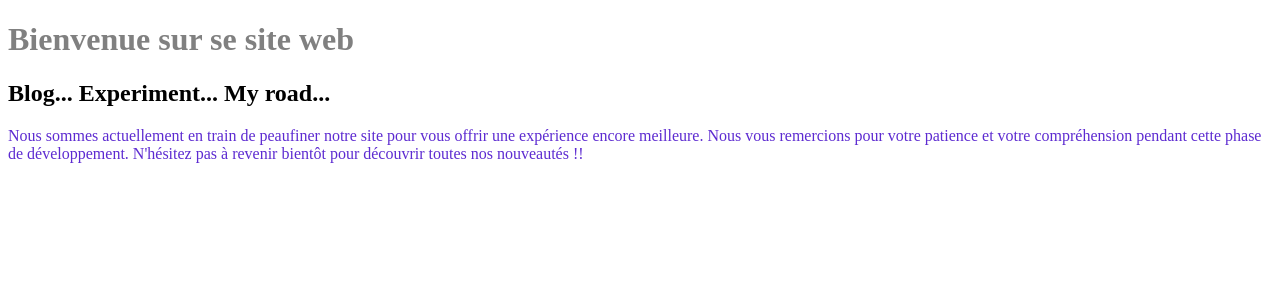
Repository: ValetteEvan/PersonalWebApp
Page: index.html
An editor plug-in stored every save of this project. The page is shown before and after the next save, followed by the edit.
The browser window is 1280 px wide. The pictures show the whole page.

Above is the page before, as saved 2025-01-07 17:38:58.

After the next save:
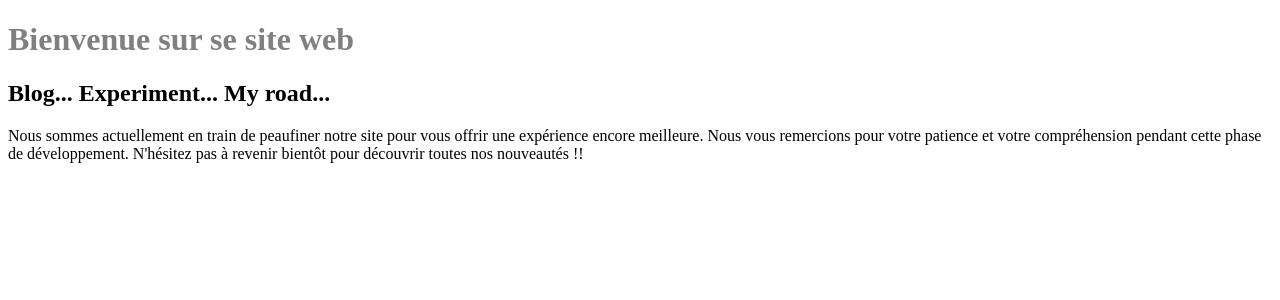
Saved 22 s later.
--- a/style.css
+++ b/style.css
@@ -4,6 +4,3 @@ h1 {
 .webGlobal{
     size: 1500px;
 }
-.firstParagraph {
-    color:rgb(93, 43, 209);
-}
